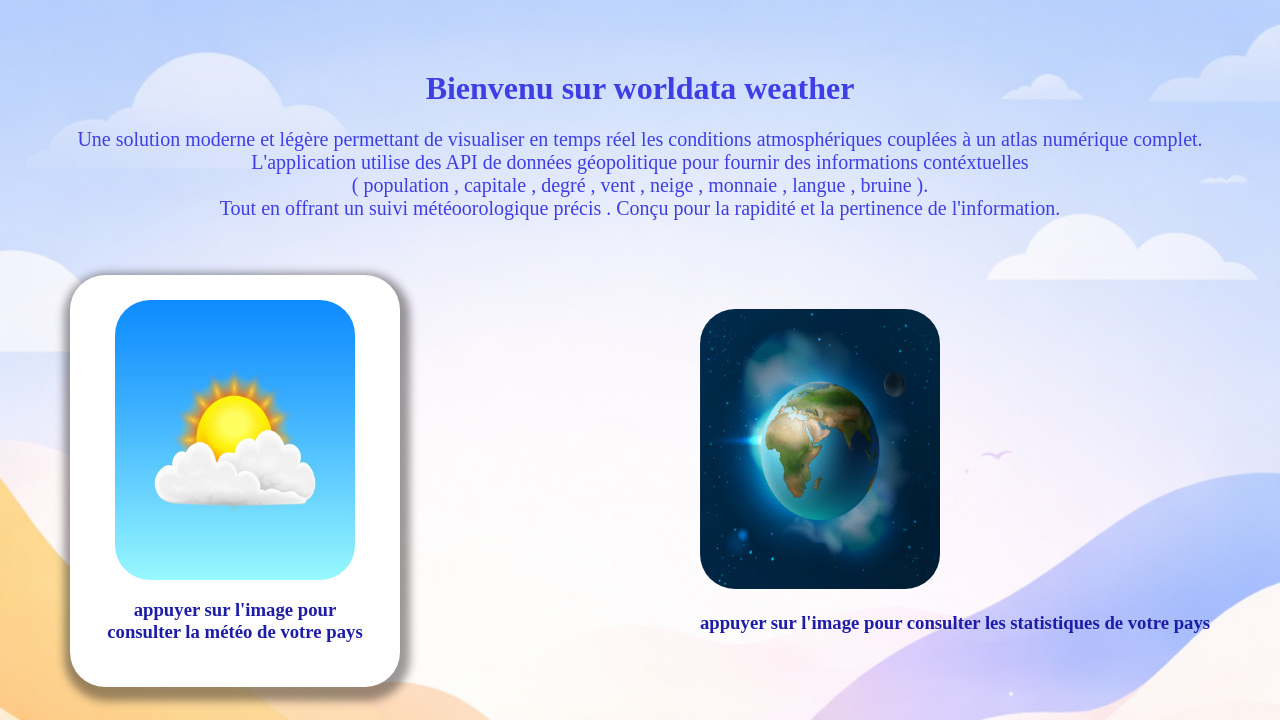
Repository: assanendao171/meteo
Page: index.html
An editor plug-in stored every save of this project. The page is shown before and after the next save, followed by the edit.
The browser window is 1280 px wide. The pictures show the whole page.

Above is the page before, as saved 2026-03-18 17:22:10.

After the next save:
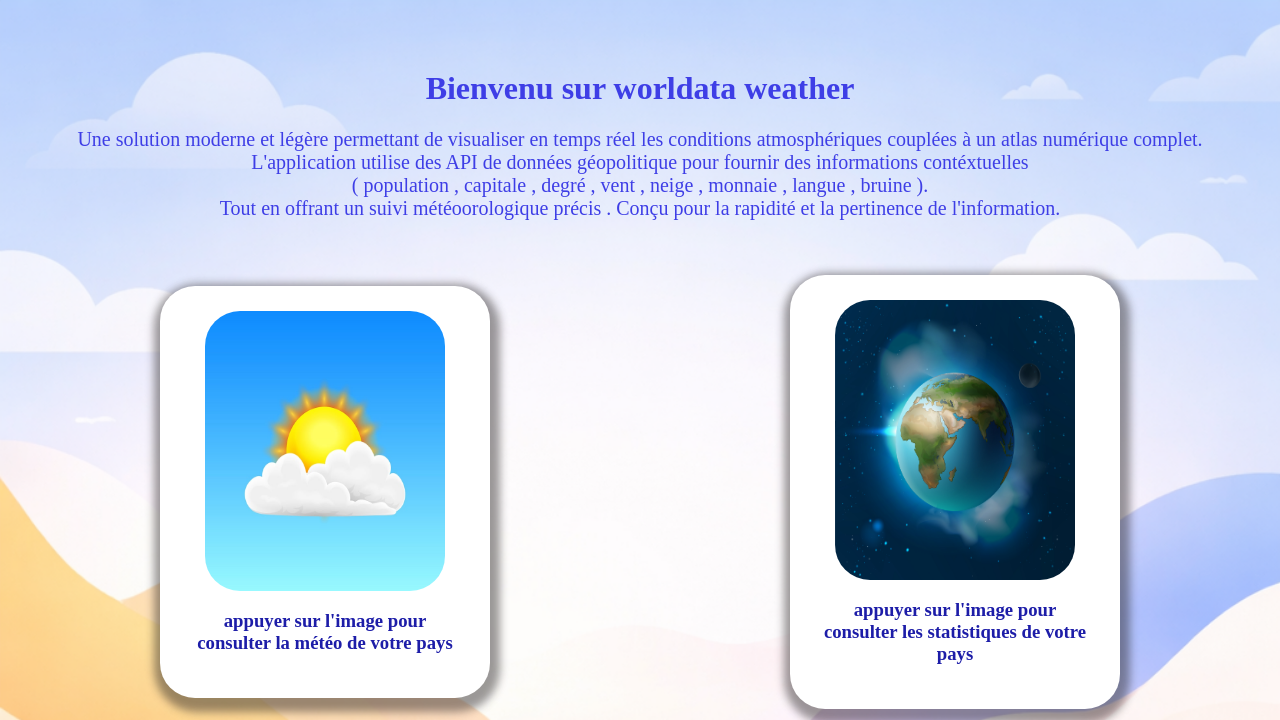
Saved 5 s later.
--- a/style.css
+++ b/style.css
@@ -32,7 +32,7 @@ p{
     text-align: center;
     color: rgb(62, 62, 230);
 }
-#img1,img2{
+#img1,#img2{
     width: 280px;
     height: auto;
     padding:25px;
